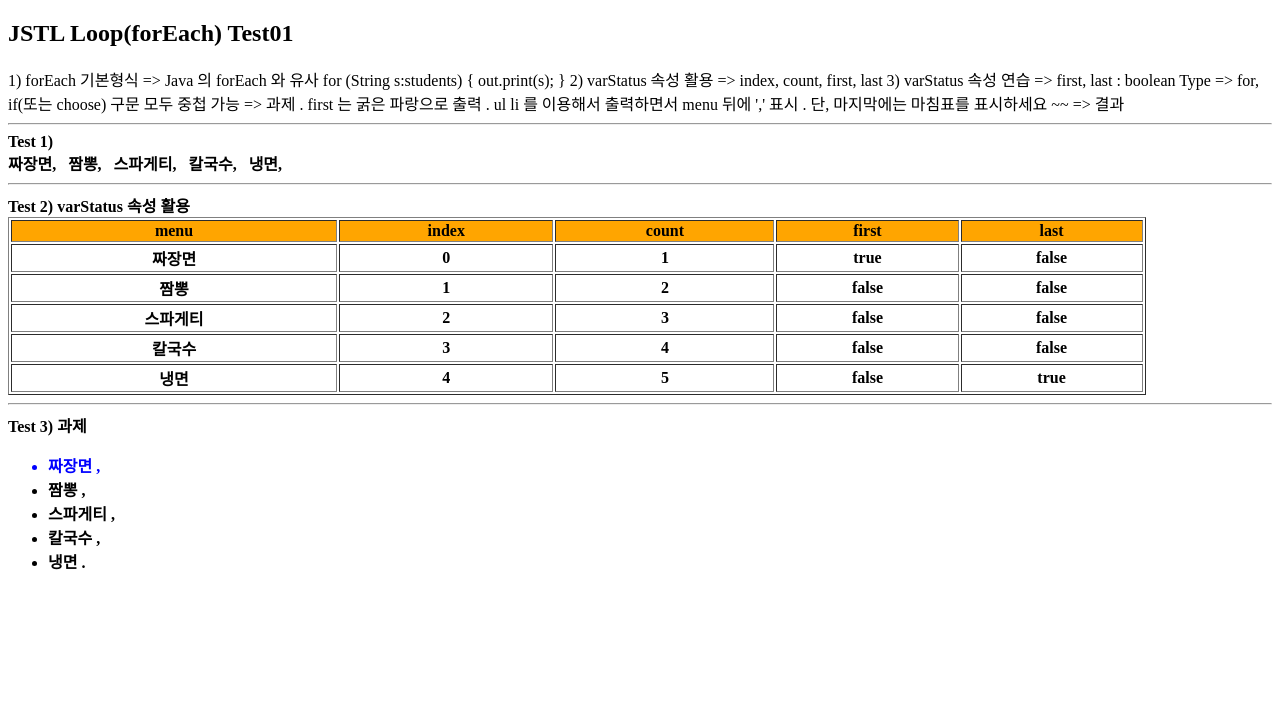
Repository: nameground/Java
Page: http://localhost/Web01/jsp05_JSTL/ex03_For01.jsp
The author's editor kept a copy of each file at every save. The page is drawn from the files as they stood at one save, then again after the next save.
The browser window is 1280 px wide. The pictures show the whole page.
The page is served by Tomcat 9. Nobody is signed in. The application's start-up code is not run. Other server files are loaded and not shown.

Above is the page before, as saved 2023-10-13 08:32:47.

### mTest/Mywork/Web01/src/main/webapp/jsp05_JSTL/ex03_For01.jsp
<%@ page language="java" contentType="text/html; charset=UTF-8"
    pageEncoding="UTF-8"%>
<%@ taglib uri="http://java.sun.com/jsp/jstl/core" prefix="c" %>
<!DOCTYPE html>
<html>
<head>
<meta charset="UTF-8">
<title>JSTL Loop(forEach) Test01</title>
<%
	String [] menu = {"짜장면", "짬뽕", "스파게티", "칼국수", "냉면"};
	pageContext.setAttribute("menuList", menu);
%>
</head>
<body>
<h2>JSTL Loop(forEach) Test01</h2>
1) forEach 기본형식
=> Java 의 forEach 와 유사
   for (String s:students) {  out.print(s); }

2) varStatus 속성 활용
=> index, count, first, last

3) varStatus 속성 연습
=> first, last : boolean Type
=> for, if(또는 choose) 구문 모두 중첩 가능
=> 과제
   . first 는 굵은 파랑으로 출력
   . ul li 를 이용해서 출력하면서 menu 뒤에 ',' 표시
   . 단, 마지막에는 마침표를 표시하세요 ~~
=> 결과
</pre><hr>
<b>
Test 1) <br>
<c:forEach var="menu" items="${menuList}">
	${menu}, &nbsp;
</c:forEach>
<hr>
Test 2) varStatus 속성 활용
<table border="1" style="text-align:center; width:90%;">
	<tr style="background-color:orange;">
		<th>menu</th>
		<th>index</th>
		<th>count</th>
		<th>first</th>
		<th>last</th>
	</tr>
	<c:forEach var="menu" items="${menuList}" varStatus="vs">
		<tr>
			<td>${menu}</td>
			<td>${vs.index}</td>
			<td>${vs.count}</td>
			<td>${vs.first}</td>
			<td>${vs.last}</td>
		</tr>
	</c:forEach>
</table>
<hr>
Test 3) 과제
<ul>
<c:forEach var="menu" items="${menuList}" varStatus="vs">
   <li
   		<c:if test="${vs.index == 0 }">style="color:blue"
   			</c:if>>
   				${menu}
   			<c:if test="${vs.last == false}"> ,
   			</c:if><c:if test="${vs.last == true}"> .
   		</c:if>
   </li>
 </c:forEach>
</ul>
</body>
</html>

After the next save:
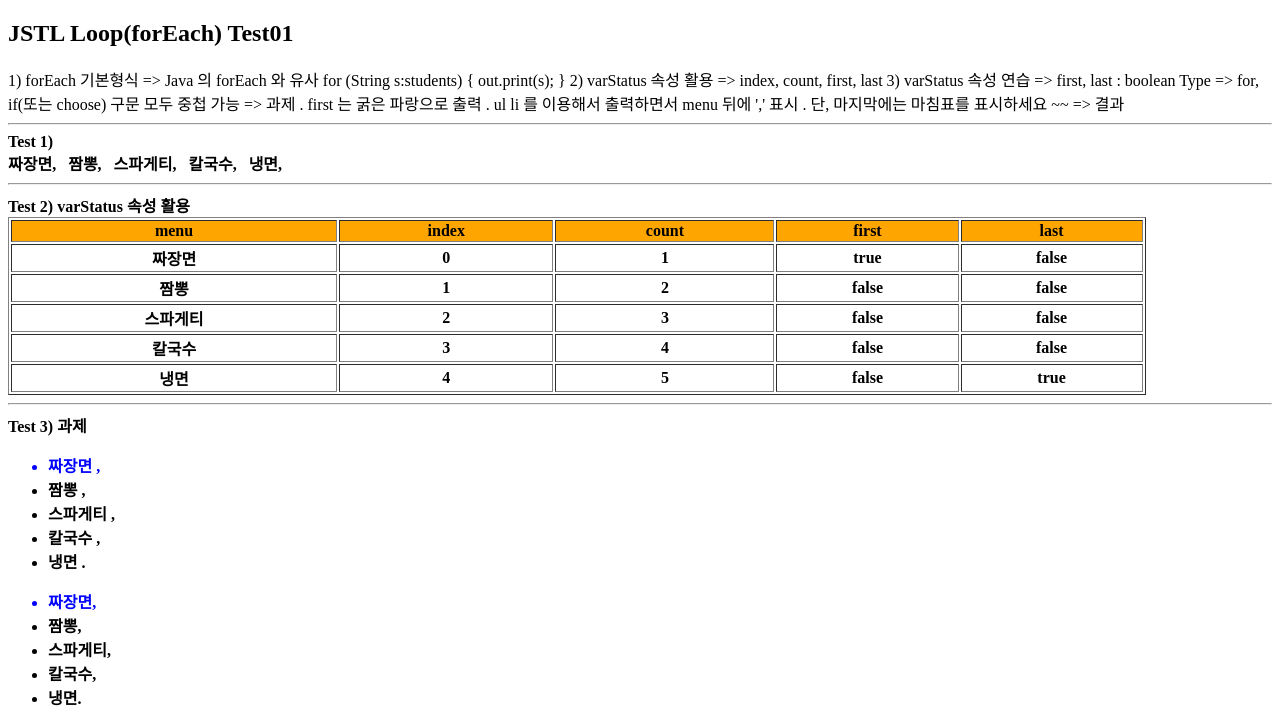
Saved 53 s later.
--- a/mTest/Mywork/Web01/src/main/webapp/jsp05_JSTL/ex03_For01.jsp
+++ b/mTest/Mywork/Web01/src/main/webapp/jsp05_JSTL/ex03_For01.jsp
@@ -56,6 +56,7 @@ Test 2) varStatus 속성 활용
 </table>
 <hr>
 Test 3) 과제
+<!-- 현주누나 코드 -->
 <ul>
 <c:forEach var="menu" items="${menuList}" varStatus="vs">
    <li
@@ -68,5 +69,21 @@ Test 3) 과제
    </li>
  </c:forEach>
 </ul>
+<!-- 선생님 코드 -->
+<ul>
+<c:forEach var="menu" items="${menuList}" varStatus="vs">
+   <c:choose>
+      <c:when test="${vs.first}">
+         <li style="font-weight:bold; color:blue;">${menu}, </li>
+      </c:when>
+      <c:when test="${vs.last}">
+         <li>${menu}. </li>
+      </c:when>
+      <c:otherwise>
+         <li>${menu}, </li>
+      </c:otherwise>
+   </c:choose>
+</c:forEach>
+</ul>
 </body>
 </html>
